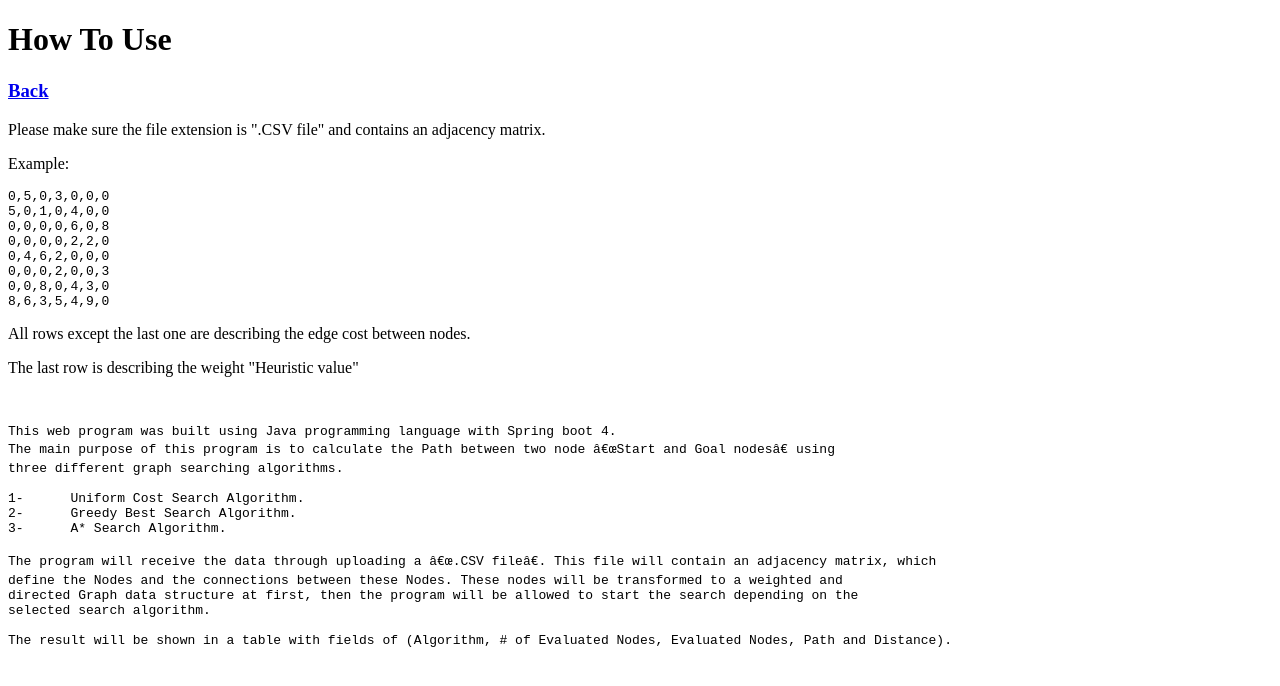
Repository: Anbousi/ITG-Task
Page: http://localhost/graphsearch/use.jsp
An editor plug-in stored every save of this project. The page is shown before and after the next save, followed by the edit.
The browser window is 1280 px wide. The pictures show the whole page.
The page is served by Tomcat 9. Other server files are loaded and not shown.

Above is the page before, as saved 2021-12-31 14:41:33.

### ITG/graphsearch/src/main/webapp/use.jsp
<%@ page language="java" contentType="text/html; charset=ISO-8859-1"
	pageEncoding="ISO-8859-1"%>
<!DOCTYPE html>
<html>
<head>
<meta charset="ISO-8859-1">
<title>Insert title here</title>
</head>
<body>
<div>
<h1>How To Use</h1>
<h3><a href="/">Back</a></h3>
<p>Please make sure the file extension is ".CSV file" and contains an adjacency matrix.</p>
<p>Example:</p>
<pre>
0,5,0,3,0,0,0
5,0,1,0,4,0,0
0,0,0,0,6,0,8
0,0,0,0,2,2,0
0,4,6,2,0,0,0
0,0,0,2,0,0,3
0,0,8,0,4,3,0
8,6,3,5,4,9,0
</pre>
<p>All rows except the last one are describing the edge cost between nodes.</p>
<p>The last row is describing the weight "Heuristic value"</p>
<br>
<pre>This web program was built using Java programming language with Spring boot 4.
The main purpose of this program is to calculate the Path between two node “Start and Goal nodes” using
three different graph searching algorithms.

1-	Uniform Cost Search Algorithm.
2-	Greedy Best Search Algorithm.
3-	A* Search Algorithm.

The program will receive the data through uploading a “.CSV file”. This file will contain an adjacency matrix, which
define the Nodes and the connections between these Nodes. These nodes will be transformed to a weighted and
directed Graph data structure at first, then the program will be allowed to start the search depending on the
selected search algorithm.

The result will be shown in a table with fields of (Algorithm, # of Evaluated Nodes, Evaluated Nodes, Path and Distance).
 </pre>
</div>
</body>
</html>

After the next save:
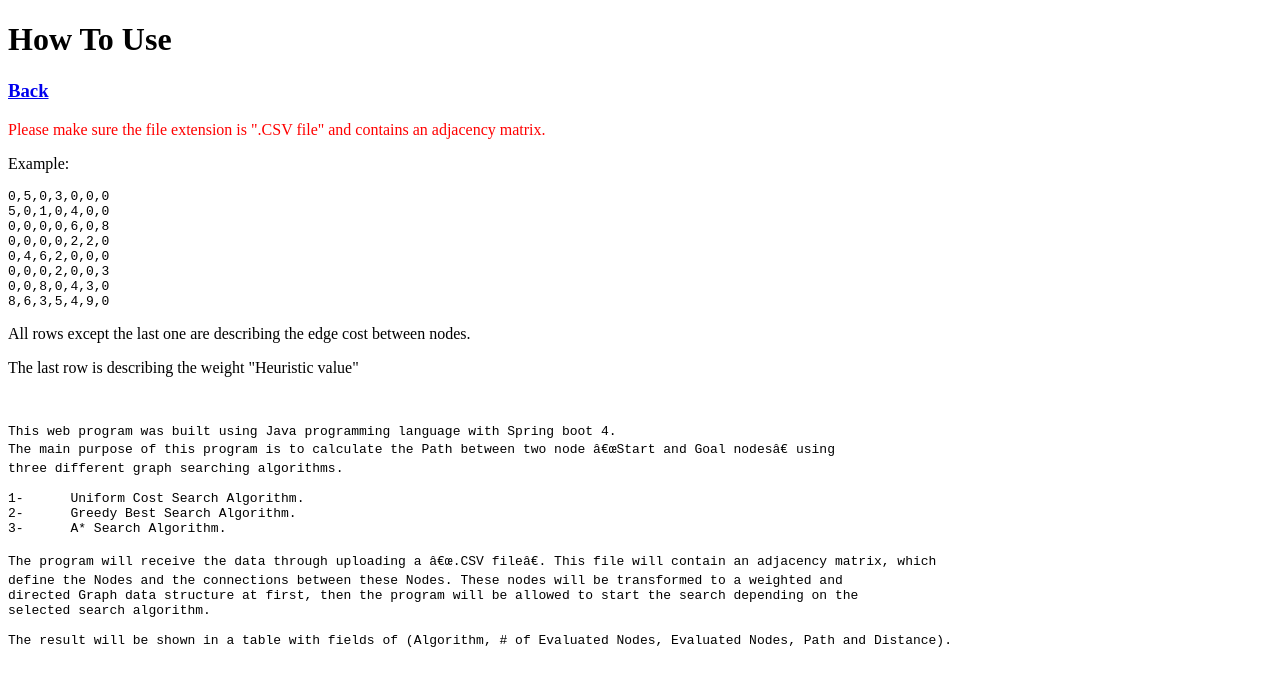
Saved 3 min 52 s later.
--- a/ITG/graphsearch/src/main/webapp/use.jsp
+++ b/ITG/graphsearch/src/main/webapp/use.jsp
@@ -10,7 +10,7 @@
 <div>
 <h1>How To Use</h1>
 <h3><a href="/">Back</a></h3>
-<p>Please make sure the file extension is ".CSV file" and contains an adjacency matrix.</p>
+<p style="color: red">Please make sure the file extension is ".CSV file" and contains an adjacency matrix.</p>
 <p>Example:</p>
 <pre>
 0,5,0,3,0,0,0
